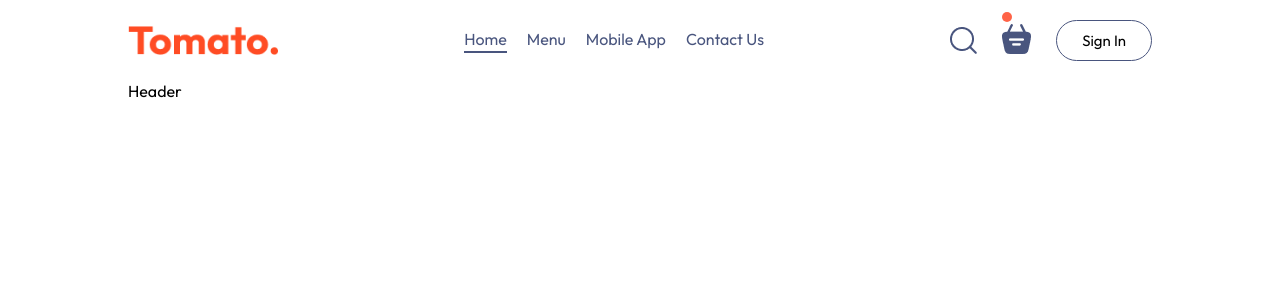
Repository: Attar786/Food-ordering-app
Page: / (app in frontend/)
An editor plug-in stored every save of this project. The page is shown before and after the next save, followed by the edit.
The browser window is 1280 px wide. The pictures show the whole page.
The project was rebuilt for these pictures with package versions that can differ from the ones it lists, and the page was loaded fresh each time. Also part of the build but not shown: frontend/vite.config.js, frontend/src/components/Header/Header.css, frontend/src/pages/Cart/Cart.css, frontend/src/pages/Cart/Cart.jsx, frontend/src/pages/PlaceOrder/PlaceOrder.css, frontend/src/pages/PlaceOrder/PlaceOrder.jsx.

Above is the page before, as saved 2024-07-24 19:59:10.

### frontend/src/main.jsx
import ReactDOM from 'react-dom/client'
import App from './App.jsx'
import './index.css'
import {BrowserRouter} from 'react-router-dom'
ReactDOM.createRoot(document.getElementById('root')).render(
<BrowserRouter>
    <App />
    </BrowserRouter>
)

### frontend/src/App.jsx
import './index.css'
import Navbar from "./components/Navbar/Navbar"
import Home from './pages/Home/Home'
import Cart from './pages/Cart/Cart'
import PlaceOrder from './pages/PlaceOrder/PlaceOrder'
import { Route, Routes } from 'react-router-dom'


function App() {

  return (
    <>

  <div className='app'>
  <Navbar/>
<Routes>
<Route path='/' element={<Home/>}/>
<Route path='/cart' element={<Cart/>}/>
<Route path='/order' element={<PlaceOrder/>}/>

</Routes>
  </div>
    </>
  )
}

export default App

### frontend/src/index.css
@import url('https://fonts.googleapis.com/css2?family=Outfit:wght@100..900&display=swap');


*{
margin: 0;
padding: 0;
 box-sizing: border-box;
 font-family: outfit;
}
body{
height: 100vh;
}
a{
text-decoration: none;
color : inherit;
}
.app{
    width: 80%;
    margin: auto;
}

### frontend/src/components/Navbar/Navbar.jsx
import { useState } from 'react';
import './Navbar.css';
import { assets } from '../../assets/assets';

const Navbar = () => {
  const [menu, setMenu] = useState("home");

  const handleMenuClick = (menuItem) => {
    setMenu(menuItem);
  };

  return (
    <div className="Navbar">
      <img src={assets.logo} alt="Logo" className="logo" />
      <ul className="navbar-menu">
        <li onClick={() => handleMenuClick("home")} className={menu === "home" ? "active" : ""}>Home</li>
        <li onClick={() => handleMenuClick("menu")} className={menu === "menu" ? "active" : ""}>Menu</li>
        <li onClick={() => handleMenuClick("mobile-app")} className={menu === "mobile-app" ? "active" : ""}>Mobile App</li>
        <li onClick={() => handleMenuClick("contact-us")} className={menu === "contact-us" ? "active" : ""}>Contact Us</li>
      </ul>
      <div className="navbar-right">
        <img src={assets.search_icon} alt="search-icon" />
        <div>
          <img src={assets.basket_icon} alt="icons" />
          <div className="dot"></div>
        </div>
        <button>Sign In</button>
      </div>
    </div>
  );
}

export default Navbar;

### frontend/src/pages/Home/Home.jsx
import Header from '../../components/Header/Header'
import './Home.css'

const Home = () => {
  return (
<Header/>
)
}

export default Home

### frontend/src/components/Navbar/Navbar.css
.Navbar{
    padding: 20px 0;
    display: flex;
    justify-content: space-between;
    align-items: center;
}
.Navbar .logo{
    width: 150px;
}
.navbar-menu{
    display: flex;
    list-style: none;
    gap: 20px;
    font: 18px;
    color: #49557e;
    cursor: pointer;
}
.navbar-right{
    display: flex;
    align-items: center;
    gap: 25px;

}
.Navbar button{
    font-size: 15px;
    border: 1px solid #49557e;
    background: transparent;
    padding: 10px 25px;
    cursor: pointer;
    border-radius: 40px;
    transition: 0.3s;
}
.Navbar button:hover{
    background-color: #fff4f2;
}
.Navbar .navbar-menu .active{
    padding-bottom: 2px;
    border-bottom: 2px solid #49557e;

}
.search-icon{
    position: relative;
}
/* .search-icon .dot{ */
    /* position: absolute;
    top: -5px;
    right: -5px;
    width: 10px;
    height: 10px;
    background-color: blue;
    border-radius: 50%;
} */
.dot {
    position: absolute;
    top: 12px; /* Adjust as needed */
    right: 268px; /* Adjust as needed */
    width: 10px;
    height: 10px;

    background-color: tomato;
    border-radius: 50%;
  }

### frontend/src/assets/assets.js
import basket_icon from './basket_icon.png'
import logo from './logo.png'
import header_img from './header_img.png'
import search_icon from './search_icon.png'
import menu_1 from './menu_1.png'
import menu_2 from './menu_2.png'
import menu_3 from './menu_3.png'
import menu_4 from './menu_4.png'
import menu_5 from './menu_5.png'
import menu_6 from './menu_6.png'
import menu_7 from './menu_7.png'
import menu_8 from './menu_8.png'

import food_1 from './food_1.png'
import food_2 from './food_2.png'
import food_3 from './food_3.png'
import food_4 from './food_4.png'
import food_5 from './food_5.png'
import food_6 from './food_6.png'
import food_7 from './food_7.png'
import food_8 from './food_8.png'
import food_9 from './food_9.png'
import food_10 from './food_10.png'
import food_11 from './food_11.png'
import food_12 from './food_12.png'
import food_13 from './food_13.png'
import food_14 from './food_14.png'
import food_15 from './food_15.png'
import food_16 from './food_16.png'
import food_17 from './food_17.png'
import food_18 from './food_18.png'
import food_19 from './food_19.png'
import food_20 from './food_20.png'
import food_21 from './food_21.png'
import food_22 from './food_22.png'
import food_23 from './food_23.png'
import food_24 from './food_24.png'
import food_25 from './food_25.png'
import food_26 from './food_26.png'
import food_27 from './food_27.png'
import food_28 from './food_28.png'
import food_29 from './food_29.png'
import food_30 from './food_30.png'
import food_31 from './food_31.png'
import food_32 from './food_32.png'

import add_icon_white from './add_icon_white.png'
import add_icon_green from './add_icon_green.png'
import remove_icon_red from './remove_icon_red.png'
import app_store from './app_store.png'
import play_store from './play_store.png'
import linkedin_icon from './linkedin_icon.png'
import facebook_icon from './facebook_icon.png'
import twitter_icon from './twitter_icon.png'
import cross_icon from './cross_icon.png'
import selector_icon from './selector_icon.png'
import rating_starts from './rating_starts.png'
import profile_icon from './profile_icon.png'
import bag_icon from './bag_icon.png'
import logout_icon from './logout_icon.png'
import parcel_icon from './parcel_icon.png'

export const assets = {
    logo,
    basket_icon,
    header_img,
    search_icon,
    rating_starts,
    add_icon_green,
    add_icon_white,
    remove_icon_red,
    app_store,
    play_store,
    linkedin_icon,
    facebook_icon,
    twitter_icon,
    cross_icon,
    selector_icon,
    profile_icon,
    logout_icon,
    bag_icon,
    parcel_icon
}

export const menu_list = [
    {
        menu_name: "Salad",
        menu_image: menu_1
    },
    {
        menu_name: "Rolls",
        menu_image: menu_2
    },
    {
        menu_name: "Deserts",
        menu_image: menu_3
    },
    {
        menu_name: "Sandwich",
        menu_image: menu_4
    },
    {
        menu_name: "Cake",
        menu_image: menu_5
    },
    {
        menu_name: "Pure Veg",
        menu_image: menu_6
    },
    {
        menu_name: "Pasta",
        menu_image: menu_7
    },
    {
        menu_name: "Noodles",
        menu_image: menu_8
    }]

export const food_list = [
    {
        _id: "1",
        name: "Greek salad",
        image: food_1,
        price: 12,
        description: "Food provides essential nutrients for overall health and well-being",
        category: "Salad"
    },
    {
        _id: "2",
        name: "Veg salad",
        image: food_2,
        price: 18,
        description: "Food provides essential nutrients for overall health and well-being",
        category: "Salad"
    }, {
        _id: "3",
        name: "Clover Salad",
        image: food_3,
        price: 16,
        description: "Food provides essential nutrients for overall health and well-being",
        category: "Salad"
    }, {
        _id: "4",
        name: "Chicken Salad",
        image: food_4,
        price: 24,
        description: "Food provides essential nutrients for overall health and well-being",
        category: "Salad"
    }, {
        _id: "5",
        name: "Lasagna Rolls",
        image: food_5,
        price: 14,
        description: "Food provides essential nutrients for overall health and well-being",
        category: "Rolls"
    }, {
        _id: "6",
        name: "Peri Peri Rolls",
        image: food_6,
        price: 12,
        description: "Food provides essential nutrients for overall health and well-being",
        category: "Rolls"
    }, {
        _id: "7",
        name: "Chicken Rolls",
        image: food_7,
        price: 20,
        description: "Food provides essential nutrients for overall health and well-being",
        category: "Rolls"
    }, {
        _id: "8",
        name: "Veg Rolls",
        image: food_8,
        price: 15,
        description: "Food provides essential nutrients for overall health and well-being",
        category: "Rolls"
    }, {
        _id: "9",
        name: "Ripple Ice Cream",
        image: food_9,
        price: 14,
        description: "Food provides essential nutrients for overall health and well-being",
        category: "Deserts"
    }, {
        _id: "10",
        name: "Fruit Ice Cream",
        image: food_10,
        price: 22,
        description: "Food provides essential nutrients for overall health and well-being",
        category: "Deserts"
    }, {
        _id: "11",
        name: "Jar Ice Cream",
        image: food_11,
        price: 10,
        description: "Food provides essential nutrients for overall health and well-being",
        category: "Deserts"
    }, {
        _id: "12",
        name: "Vanilla Ice Cream",
        image: food_12,
        price: 12,
        description: "Food provides essential nutrients for overall health and well-being",
        category: "Deserts"
    },
    {
        _id: "13",
        name: "Chicken Sandwich",
        image: food_13,
        price: 12,
        description: "Food provides essential nutrients for overall health and well-being",
        category: "Sandwich"
    },
    {
        _id: "14",
        name: "Vegan Sandwich",
        image: food_14,
        price: 18,
        description: "Food provides essential nutrients for overall health and well-being",
        category: "Sandwich"
    }, {
        _id: "15",
        name: "Grilled Sandwich",
        image: food_15,
        price: 16,
        description: "Food provides essential nutrients for overall health and well-being",
        category: "Sandwich"
    }, {
        _id: "16",
        name: "Bread Sandwich",
        image: food_16,
        price: 24,
        description: "Food provides essential nutrients for overall health and well-being",
        category: "Sandwich"
    }, {
        _id: "17",
        name: "Cup Cake",
        image: food_17,
        price: 14,
        description: "Food provides essential nutrients for overall health and well-being",
        category: "Cake"
    }, {
        _id: "18",
        name: "Vegan Cake",
        image: food_18,
        price: 12,
        description: "Food provides essential nutrients for overall health and well-being",
        category: "Cake"
    }, {
        _id: "19",
        name: "Butterscotch Cake",
        image: food_19,
        price: 20,
        description: "Food provides essential nutrients for overall health and well-being",
        category: "Cake"
    }, {
        _id: "20",
        name: "Sliced Cake",
        image: food_20,
        price: 15,
        description: "Food provides essential nutrients for overall health and well-being",
        category: "Cake"
    }, {
        _id: "21",
        name: "Garlic Mushroom ",
        image: food_21,
        price: 14,
        description: "Food provides essential nutrients for overall health and well-being",
        category: "Pure Veg"
    }, {
        _id: "22",
        name: "Fried Cauliflower",
        image: food_22,
        price: 22,
        description: "Food provides essential nutrients for overall health and well-being",
        category: "Pure Veg"
    }, {
        _id: "23",
        name: "Mix Veg Pulao",
        image: food_23,
        price: 10,
        description: "Food provides essential nutrients for overall health and well-being",
        category: "Pure Veg"
    }, {
        _id: "24",
        name: "Rice Zucchini",
        image: food_24,
        price: 12,
        description: "Food provides essential nutrients for overall health and well-being",
        category: "Pure Veg"
    },
    {
        _id: "25",
        name: "Cheese Pasta",
        image: food_25,
        price: 12,
        description: "Food provides essential nutrients for overall health and well-being",
        category: "Pasta"
    },
    {
        _id: "26",
        name: "Tomato Pasta",
        image: food_26,
        price: 18,
        description: "Food provides essential nutrients for overall health and well-being",
        category: "Pasta"
    }, {
        _id: "27",
        name: "Creamy Pasta",
        image: food_27,
        price: 16,
        description: "Food provides essential nutrients for overall health and well-being",
        category: "Pasta"
    }, {
        _id: "28",
        name: "Chicken Pasta",
        image: food_28,
        price: 24,
        description: "Food provides essential nutrients for overall health and well-being",
        category: "Pasta"
    }, {
        _id: "29",
        name: "Buttter Noodles",
        image: food_29,
        price: 14,
        description: "Food provides essential nutrients for overall health and well-being",
        category: "Noodles"
    }, {
        _id: "30",
        name: "Veg Noodles",
        image: food_30,
        price: 12,
        description: "Food provides essential nutrients for overall health and well-being",
        category: "Noodles"
    }, {
        _id: "31",
        name: "Somen Noodles",
        image: food_31,
        price: 20,
        description: "Food provides essential nutrients for overall health and well-being",
        category: "Noodles"
    }, {
        _id: "32",
        name: "Cooked Noodles",
        image: food_32,
        price: 15,
        description: "Food provides essential nutrients for overall health and well-being",
        category: "Noodles"
    }
]

### frontend/src/components/Header/Header.jsx
import './Header.css'
const Header = () => {
  return (
    <div>Header</div>
  )
}

export default Header

Loaded but not shown: frontend/index.html (common file); frontend/src/pages/Home/Home.css (no stored copy; drawn as an empty file)

After the next save:
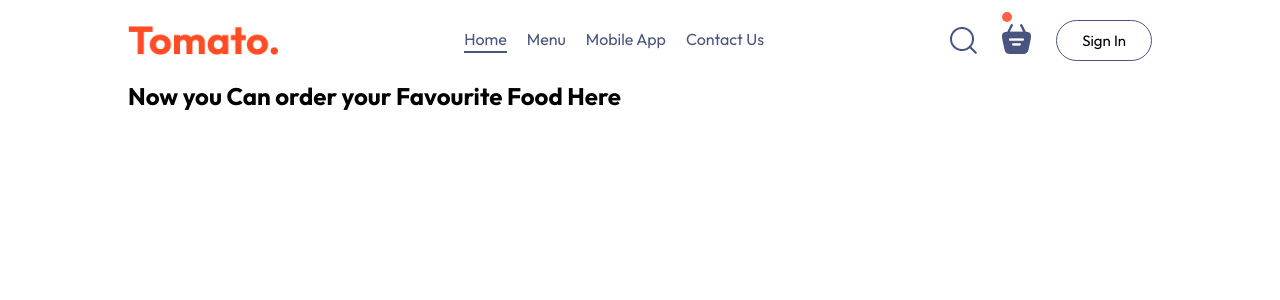
Saved 2 min 20 s later.
--- a/frontend/src/components/Header/Header.jsx
+++ b/frontend/src/components/Header/Header.jsx
@@ -1,7 +1,12 @@
 import './Header.css'
 const Header = () => {
   return (
-    <div>Header</div>
+    <div className='header'>
+        <div className="header-contents">
+            <h2>Now you Can order your Favourite Food Here</h2>
+            <p></p>
+        </div>
+    </div>
   )
 }
 
